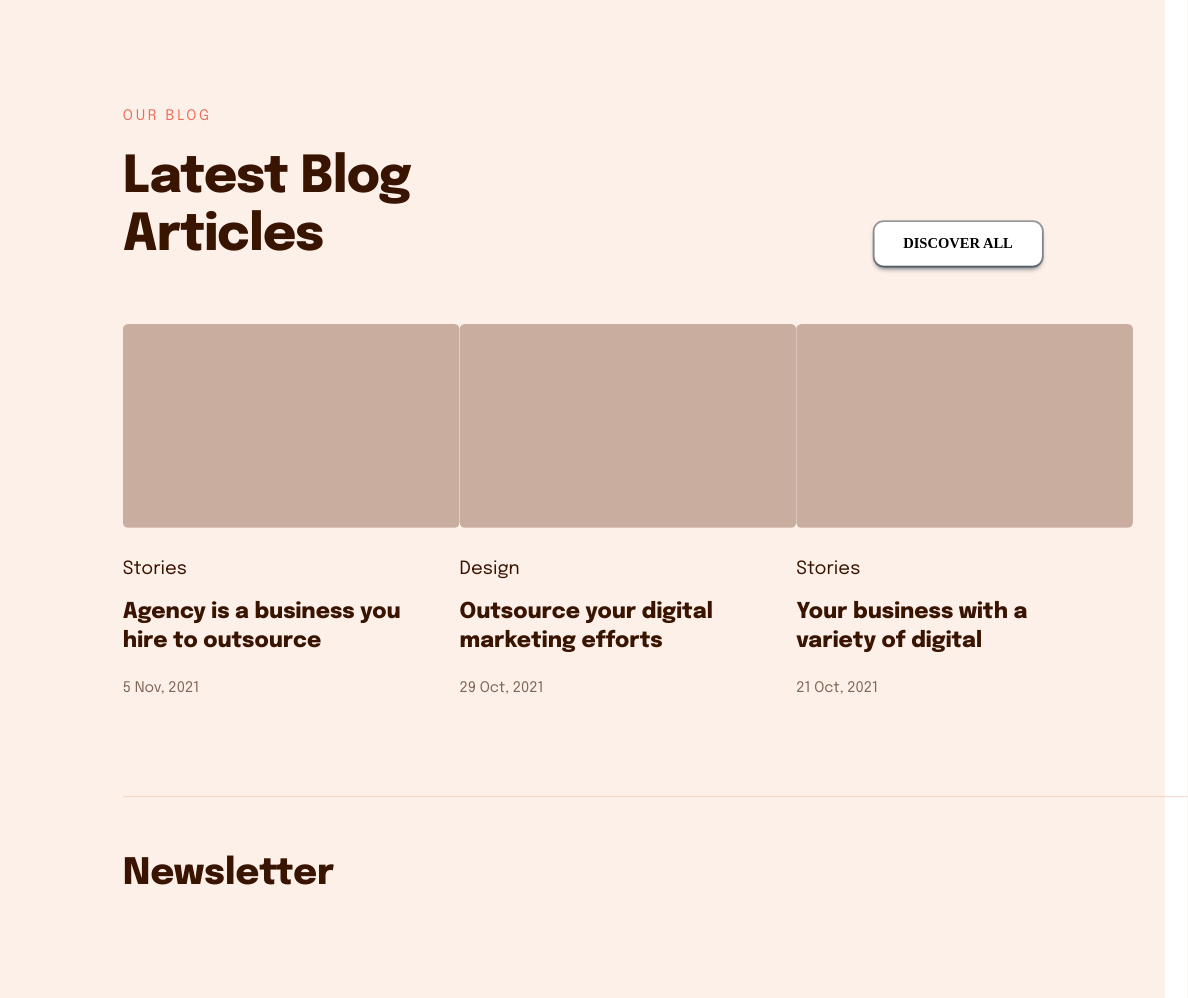
Repository: AytacJafarova/blog
Page: index.html
An editor plug-in stored every save of this project. The page is shown before and after the next save, followed by the edit.
The browser window is 1280 px wide. The page is 1305 px wide, so the pictures cover 1305 px, including what lies to the right of the window. The pictures show the whole page, at 91% of full size.

Above is the page before, as saved 2023-08-03 13:51:49.

After the next save:
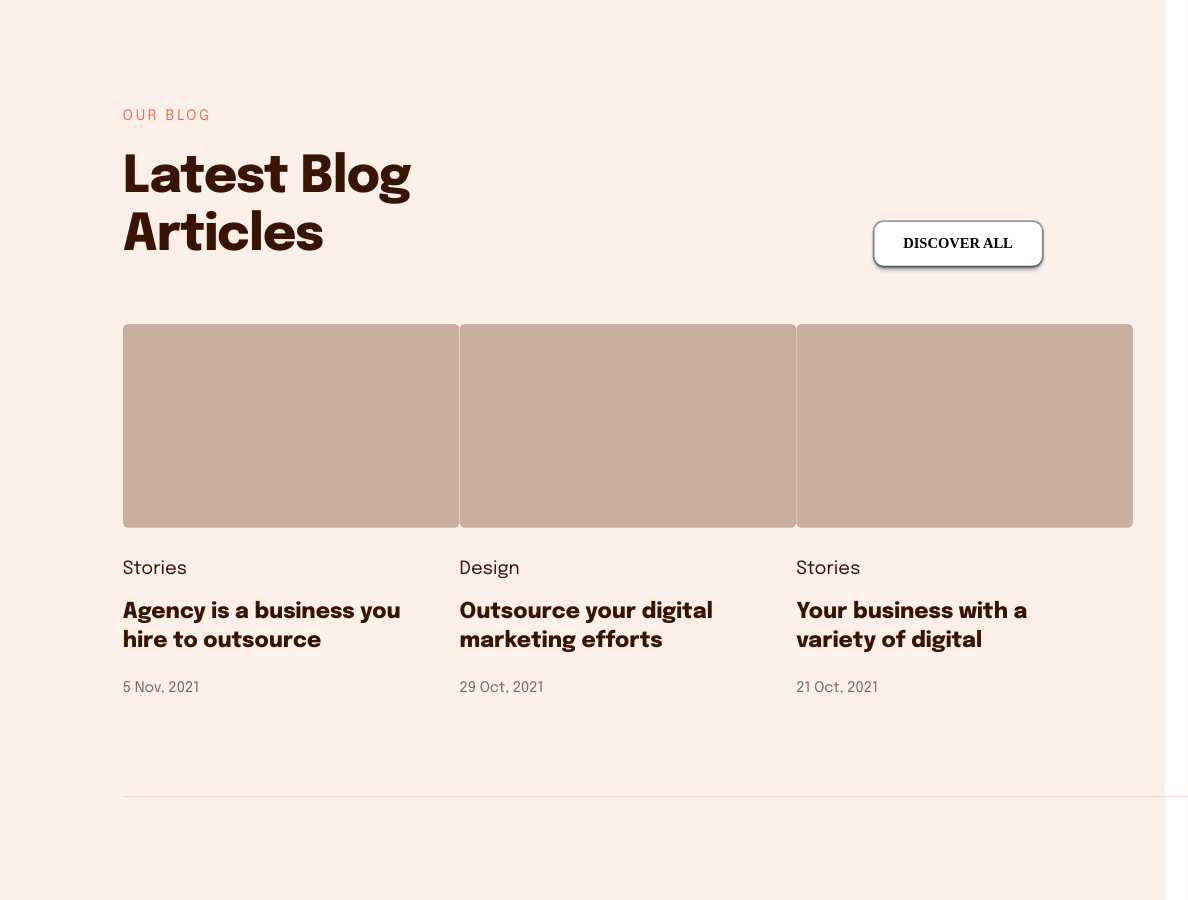
Saved 61 s later.
--- a/index.html
+++ b/index.html
@@ -42,14 +42,7 @@
             </div>
         </div>
         <div class="border"></div>
-        <div class="email">
-            <div class="h1-box">
-                <h1>Newsletter</h1>
-            </div>
-            <div class="email-box">
 
-            </div>
-        </div>
     </div>
 </body>
 
